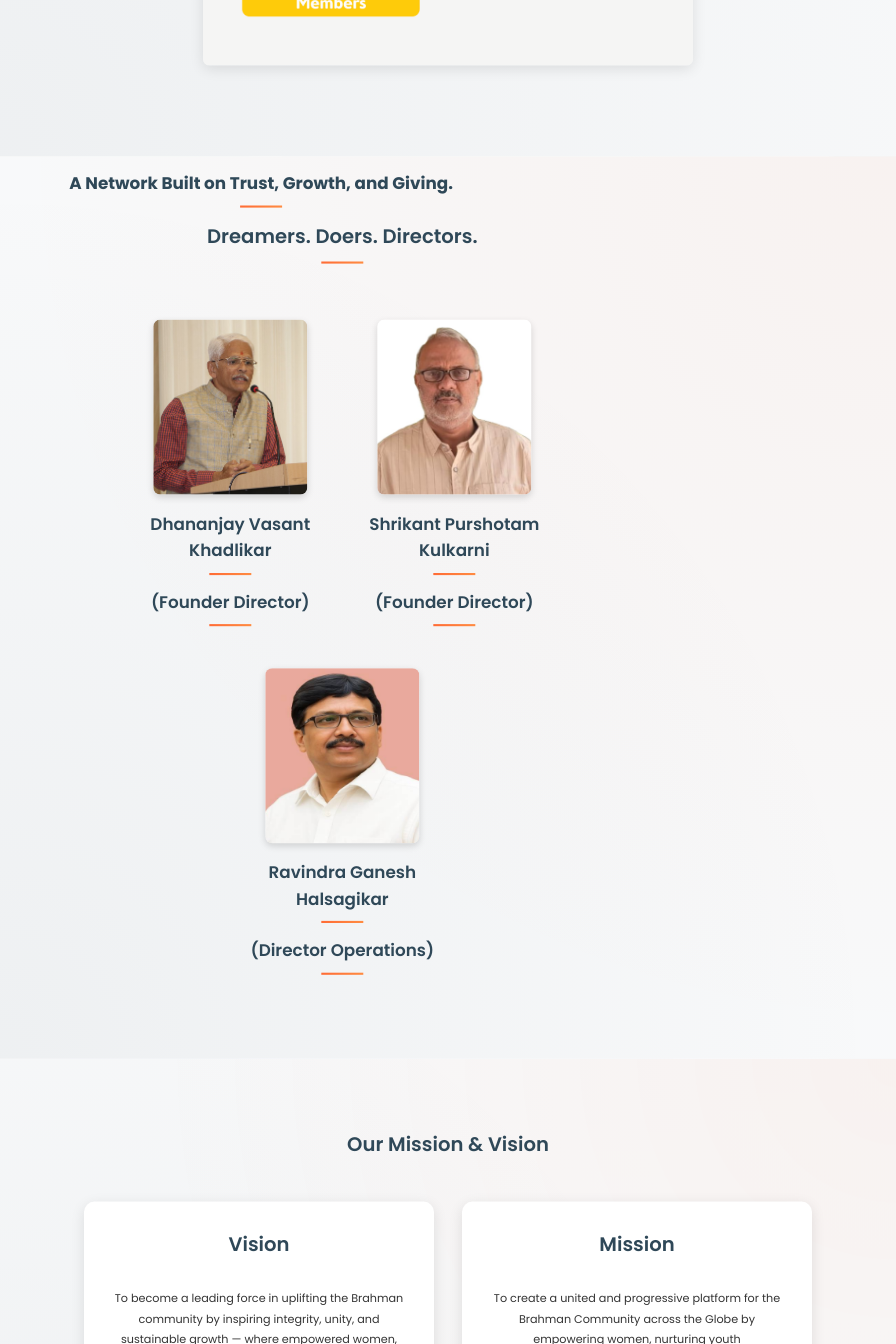
Repository: Snehaldahiphale/bbn-association
Page: index.html
The author's editor kept a copy of each file at every save. The page is drawn from the files as they stood at one save, then again after the next save.
The browser window is 1280 px wide. The pictures show the part of the page from y = 2282 to 4202 px (the page is 9870 px tall before and 9225 px after), at 70% of full size.

Above is the page before, as saved 2026-03-12 11:29:31.

After the next save:
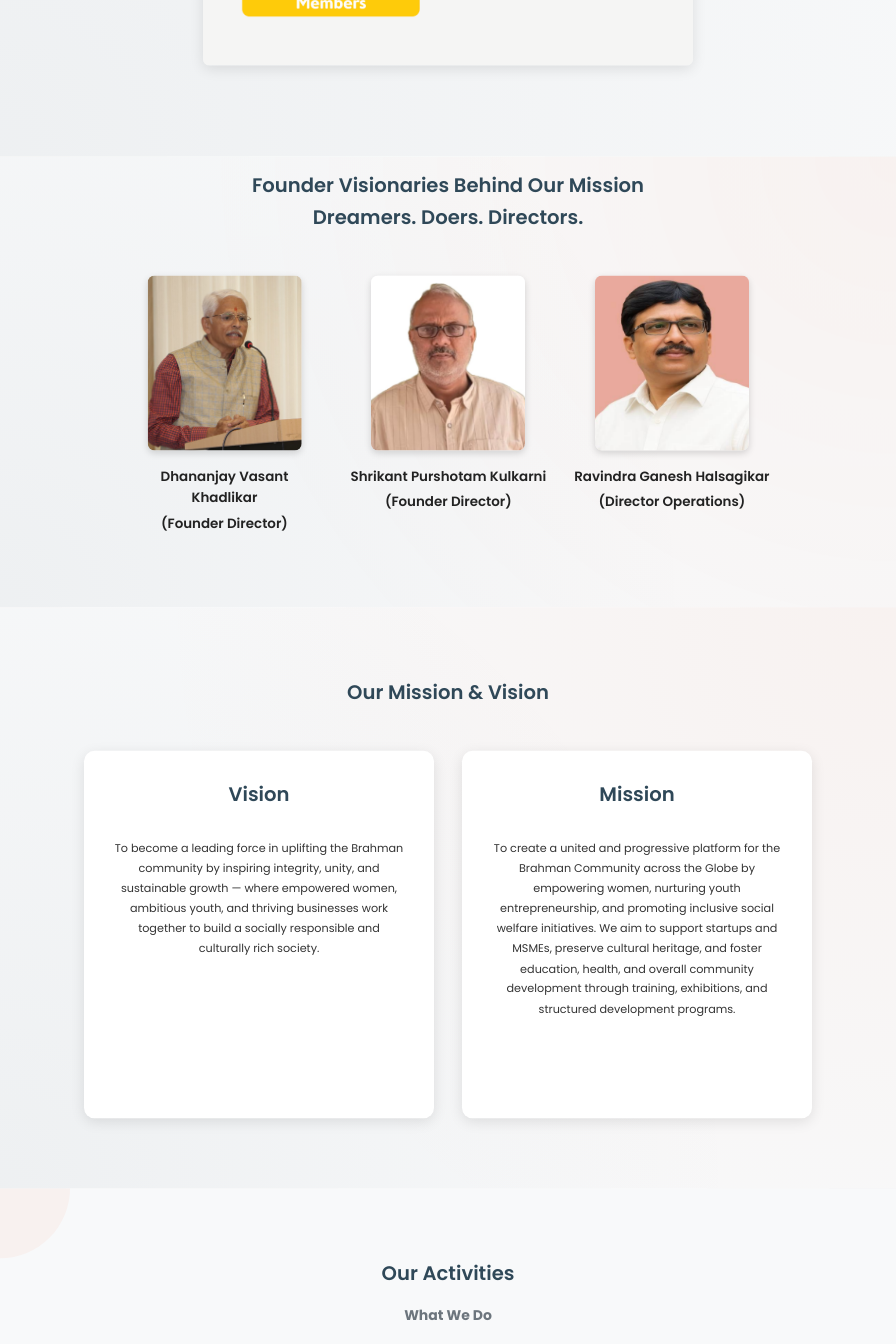
Saved 9 s later.
--- a/index.html
+++ b/index.html
@@ -123,11 +123,9 @@
 
  <section id="founders" class="section bg-light">
   <div class="container">
-    <div class="about-text">
-        <ul>
-          <h4>A Network Built on Trust, Growth, and Giving.</h4>
+
     <div class="section-header">
-
+      <h4>Founder Visionaries Behind Our Mission</h4>
 
       <h4>Dreamers. Doers. Directors.</h4>
     </div>
